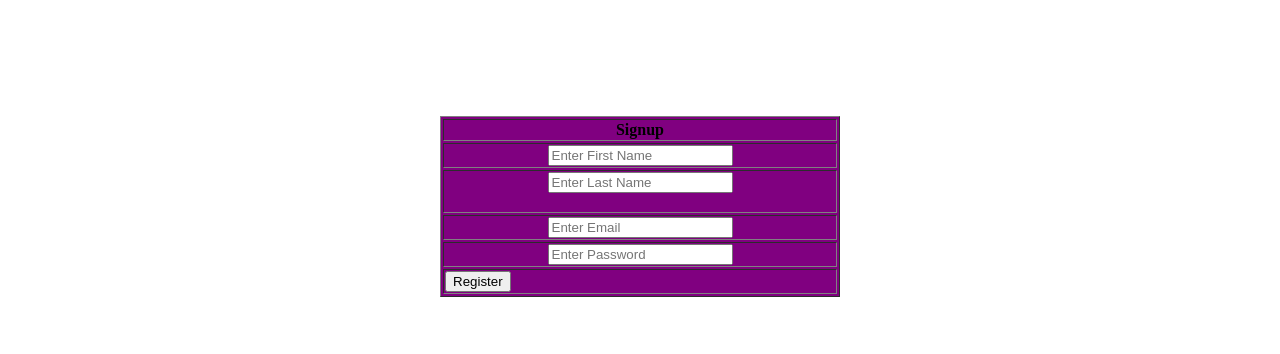
Repository: 1919satya/Mode2
Page: sample/sample/WebContent/sample.html
The author's editor kept a copy of each file at every save. The page is drawn from the files as they stood at one save, then again after the next save.
The browser window is 1280 px wide. The pictures show the whole page.

Above is the page before, as saved 2019-10-10 13:11:06.

### sample/sample/WebContent/sample.html
<!DOCTYPE html>
<html>
<head>
<meta charset="ISO-8859-1">
<title>Insert title here</title>
</head>
<body>

<form >
<div class="container">
<table border="1" align="center" width="400" bgcolor="purple" >
  <th>Signup</th>
  <tr>
   <th><input type="text" placeholder="Enter First Name" ></th><br/><br/>
   </tr>

   <tr>
    <th><input type="text" placeholder="Enter Last Name" ></td> <br/><br/>
    </tr>

    <tr>
   <th><input type="text" placeholder="Enter Email" ></th> <br/><br/>
   </tr>

<tr>

    <th><input type="password" placeholder="Enter Password" ></th> <br/><br/>
    </tr>


   <tr>
   <center>
    <td><input type="submit"  value="Register" />
    </center>
    </tr>

  </div>


</form>
</table>
</body>
</html>

After the next save:
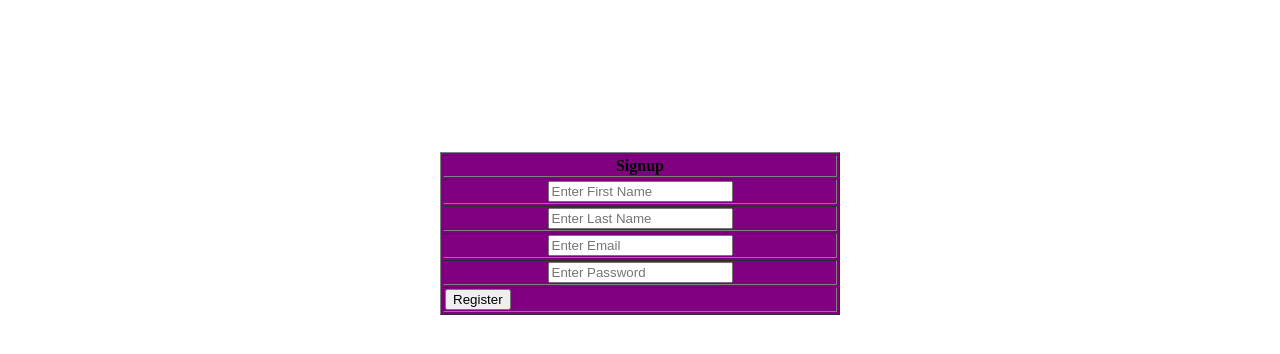
Saved 25 s later.
--- a/sample/sample/WebContent/sample.html
+++ b/sample/sample/WebContent/sample.html
@@ -15,7 +15,7 @@
    </tr>
 
    <tr>
-    <th><input type="text" placeholder="Enter Last Name" ></td> <br/><br/>
+    <th><input type="text" placeholder="Enter Last Name" ></th> <br/><br/>
     </tr>
 
     <tr>
